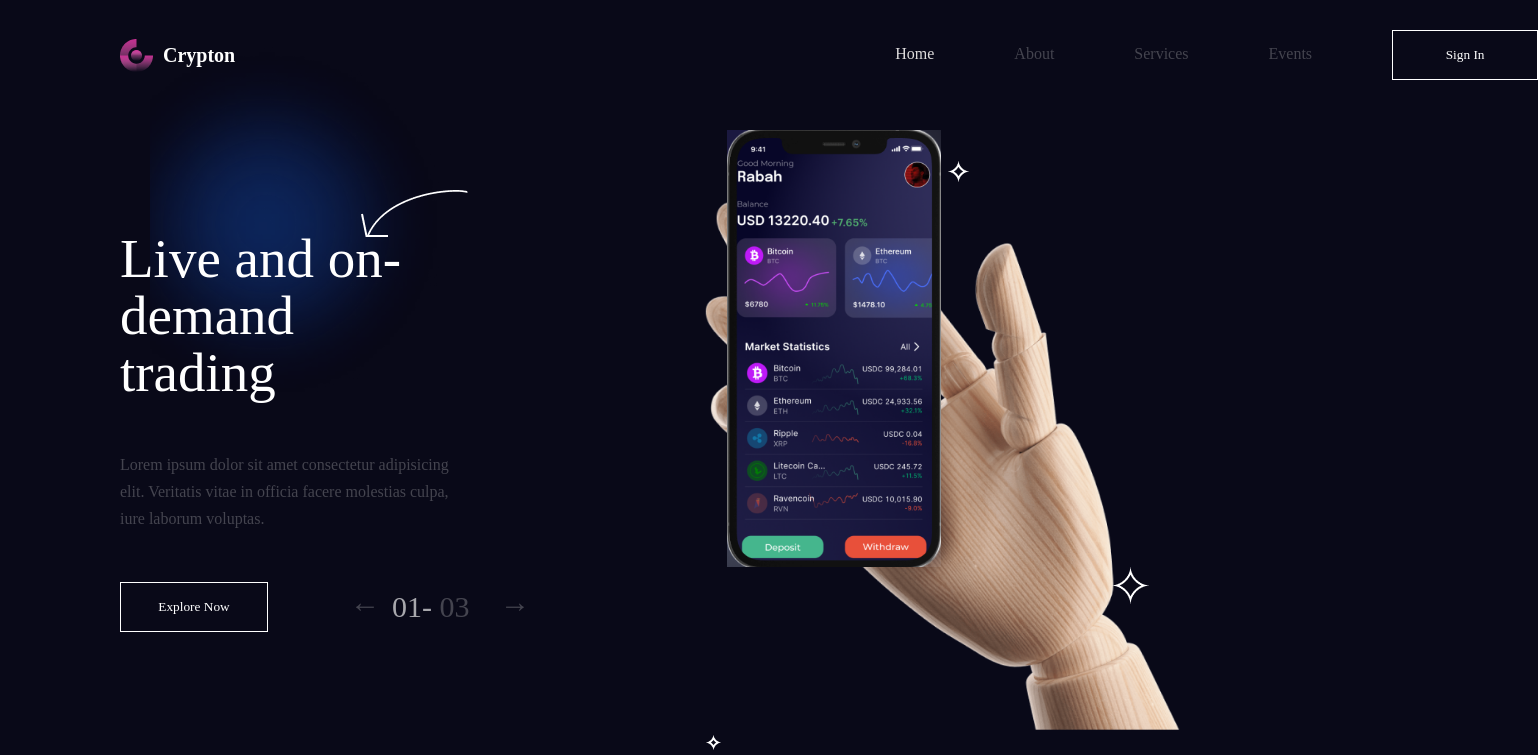
Repository: isaacCodes1/Crypton-Website
Page: index.html
The author's editor kept a copy of each file at every save. The page is drawn from the files as they stood at one save, then again after a run of saves.
The browser window is 1280 px wide. The page is 1538 px wide, so the pictures cover 1538 px, including what lies to the right of the window. The pictures show the whole page.

Above is the page before, as saved 2024-05-14 21:16:57.

### index.html
<!DOCTYPE html>
<html lang="en">
  <head>
    <meta charset="UTF-8" />
    <meta name="viewport" content="width=device-width, initial-scale=1.0" />
    <link rel="stylesheet" href="style.css" />
    <title>Crypton HomePage</title>
  </head>
  <body>
    <header>
      <nav>
        <div class="headerGen">
          <div class="logo">
            <img class="logoImage" src="/Assets/Group 605.png" alt="" />
            <p class="logoText">Crypton</p>
            <ul>
              <li>Home</li>
              <li style="color: #d6d5d54a">About</li>
              <li style="color: #d6d5d54a">Services</li>
              <li style="color: #d6d5d54a">Events</li>
              <button class="sign">Sign In</button>
            </ul>
          </div>
        </div>
      </nav>
    </header>
    <section>
      <div class="firstSectionGeneral">
        <div class="liveTexts">
          <h1 class="liveText"><span><img class="shadow" src="/Assets/shadow.png" alt=""></span><span><img class="arrow" src="/Assets/Arrow_03.png" alt=""></span>Live and on-demand trading</h1>
          <p class="lorem">
            Lorem ipsum dolor sit amet consectetur adipisicing elit. Veritatis
            vitae in officia facere molestias culpa, iure laborum voluptas.
          </p>
          <button class="explore">Explore Now</button>
          <span class="rArrow">&#8592;</span>
          <p class="innerP">01- <span class="theBrownNumber">03</span></p>
          <span class="lArrow">&#8594;</span>
        </div>
      </div>
    </section>
    <section>
      <div class="handDiv">
        <div class="woodenHand">
          <img class="wood" src="/Assets/rabat.png
          " alt="">
          <img class="hand" src="/Assets/Hand.png" alt="">
          <img class="five" src="/Assets/Star 5.png" alt="">
          <img class="six" src="/Assets/Star 9.png" alt="">
          <img class="eight" src="/Assets/Star 8.png" alt="">
        </div>
      </div>
    </section>
  </body>
</html>

### style.css
    * {
    margin: 0;
    padding: 0;
    box-sizing: border-box;
    font-family: "poppins";
    }
body{
    background-color: rgb(9, 9, 24);
}
/* NavBar */
.logo {
    display: flex;
    align-items: center;
    gap: 10px;
    padding-top: 30px;
    margin-left: 120px;
    margin-bottom: 150px;
    cursor: pointer;
}
.logoText{
    font-size: 20px;
    color: #fff;
    margin-right: 650px;
    font-weight: 600;
}
.logo ul{
    display: flex;
    color: #dedcdc;
    list-style: none;
    gap: 80px;
    display: flex;
    align-items: center;
    cursor: pointer;
}
    .logo ul li {
        list-style: none;
        display: inline-block;
        /* padding: 8px 12px; */
        position: relative;
    }
    .logo ul li::after {
        content: "";
        width: 0%;
        height: 2px;
        background: #fff;
        display: block;
        margin: auto;
        transition: 0.5s;
    }
    .logo ul li:hover::after {
        width: 70%;
    }

.sign{
    width: 146px;
    height: 50px;
    border: 1px solid #fff;
    background: transparent;
    color: #fff;
    cursor: pointer;
}
/* Landing Page */
.liveTexts{
    /* display: flex; */
}
.liveText{
    display: flex;
    flex-direction: column;
    font-size: 55px;
    width: 340px;
    line-height: 57px;
    color: #fff;
    margin-left: 120px;
    font-weight: normal;
    margin-bottom: 50px;
}
.shadow{
    width: 25%;
    position: absolute;
    top: 20px;
    left: 150px;
    z-index: -1;
}
.lorem{
    color: #d6d5d54a;
    width: 27%;
    margin-left: 120px;
    line-height: 27px;
    margin-bottom: 50px;
}
.explore{
    margin-left: 120px;
    width: 148px;
    height: 50px;
    background: transparent;
    color: #fff;
    border: 1px solid #fff;
}
.arrow{
    position: absolute;
    top: 120px;
    left: 320px;
}
.rArrow{
    position: absolute;
    font-size: 30px;
    top: 585px;
    left: 350px;
    margin-right: 200px;
    color: #d6d5d54a;
    display: flex;
    align-items: center;
}
.lArrow{
    position: absolute;
    font-size: 30px;
    top: 585px;
    left: 500px;
    color: #d6d5d54a;
    display: flex;
    align-items: center;
}
.innerP{
    position: absolute;
    left: 392px;
    top: 590px;
    color: #ffffffa4;
    font-size: 30px;
}
.theBrownNumber{
    color: #d6d5d54a;
}
/* Wooden Hand Image */
.handDiv{
    display: flex;
    position: absolute;
    top: 190px;
    right: 100px;
}
.hand{
    height: 75vh;
    width: 100%;
}
.wood{
    position: absolute;
    right: 239px;
    top: -60px;
    width: 45%;
}
.five{
    position: absolute;
    right: 30px;
    bottom: 150px;
}
.six{

}
.eight{
    position: absolute;
    right: 210px;
    top: -30px;
}

After the next 3 saves:
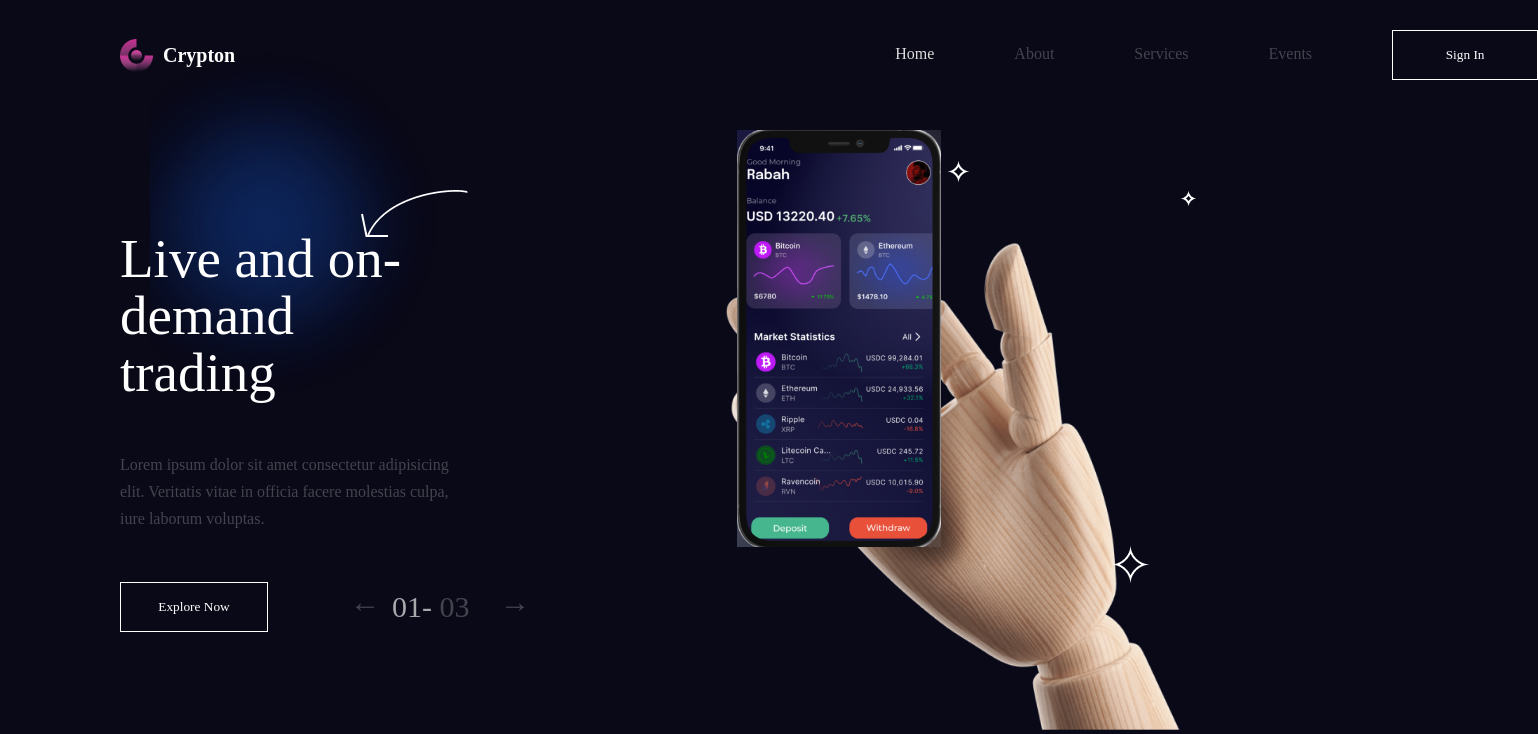
The 3 saves are shown as one change because they came seconds apart.
The last was saved 10 s later.
--- a/style.css
+++ b/style.css
@@ -153,7 +153,8 @@ body{
     bottom: 150px;
 }
 .six{
-
+    position: absolute;
+    right: ;
 }
 .eight{
     position: absolute;
